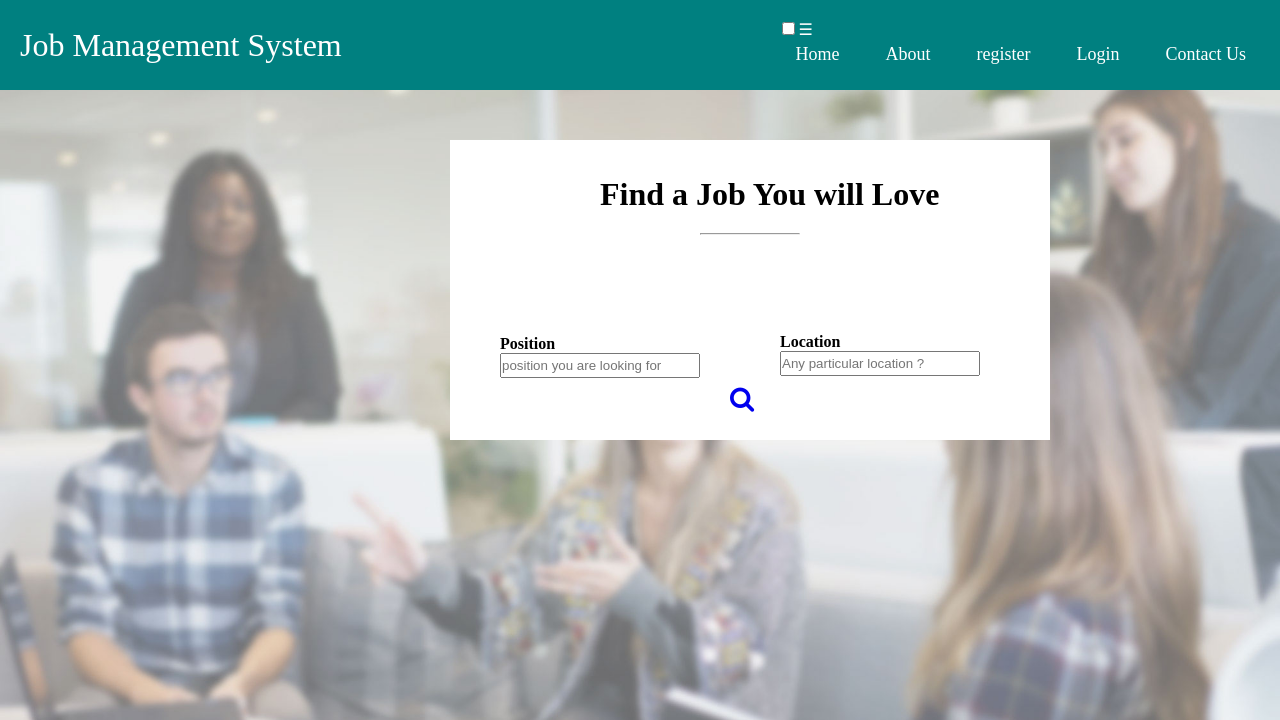
Repository: PrinceKumawat1109/JFSD
Page: http://localhost/Job-management/findajob2.jsp
The author's editor kept a copy of each file at every save. The page is drawn from the files as they stood at one save, then again after the next save.
The browser window is 1280 px wide. The pictures show the whole page.
The page is served by Tomcat 9.

Above is the page before, as saved 2022-10-29 22:09:51.

After the next save:
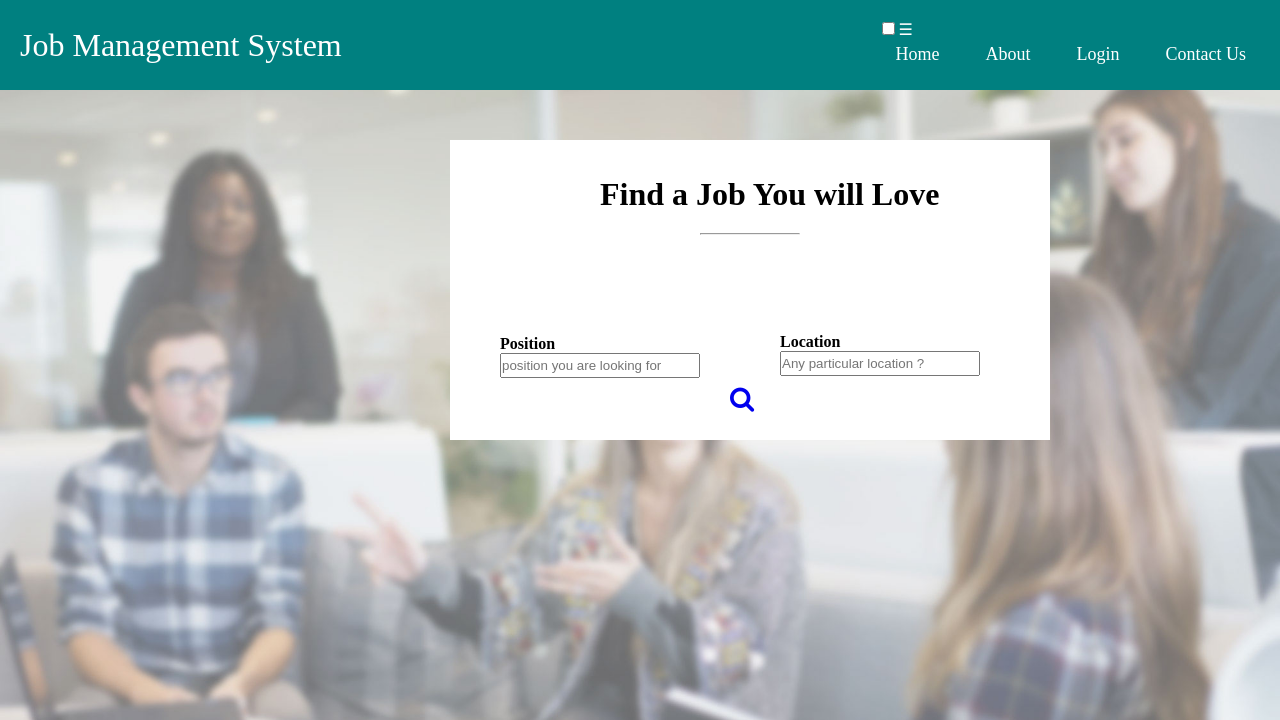
Saved 7 s later.
--- a/Job-management/src/main/webapp/findajob2.jsp
+++ b/Job-management/src/main/webapp/findajob2.jsp
@@ -6,7 +6,7 @@
 <meta charset="UTF-8">
 <link rel="stylesheet" href="https://cdnjs.cloudflare.com/ajax/libs/font-awesome/4.7.0/css/font-awesome.min.css">
 <title>Home</title>
-	<jsp:include page="navbar.jsp" />
+	<jsp:include page="navbar3.jsp" />
 </head>
 <style>
 body{
